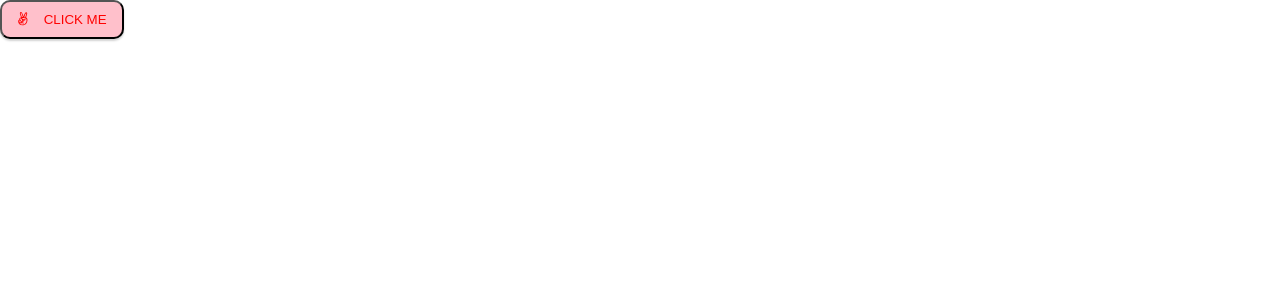
Repository: KrzysKolo/sr_tydzien3_zad_1_2_3
Page: /
An editor plug-in stored every save of this project. The page is shown before and after the next save, followed by the edit.
The browser window is 1280 px wide. The pictures show the whole page.
The project was rebuilt for these pictures with package versions that can differ from the ones it lists, and the page was loaded fresh each time. Also part of the build but not shown: src/App.css.

Above is the page before, as saved 2020-11-02 14:50:34.

After the next save:
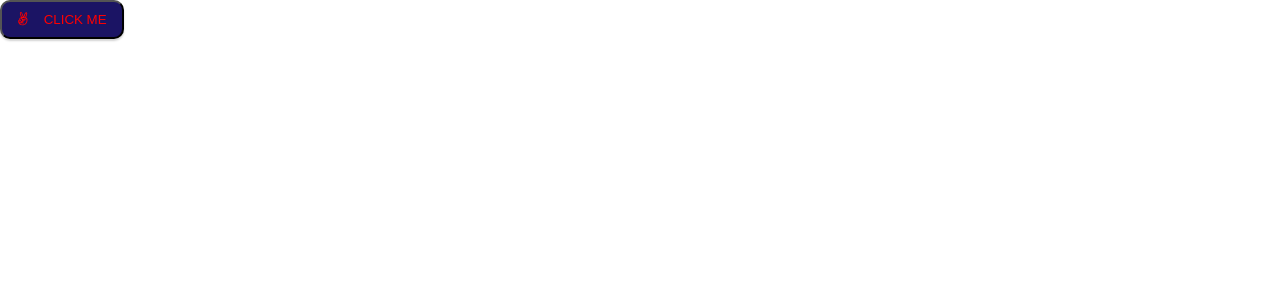
Saved 76 s later.
--- a/src/Button.js
+++ b/src/Button.js
@@ -35,7 +35,7 @@ const Button = ({label, color, bgColor, icon}) => {
      );
 }
 Button.defaultProps = {
-    bgColor: "pink",
+    bgColor: "#1B1464",
     color: "red",
     label: "Click me",
     icon: faAngellist,
